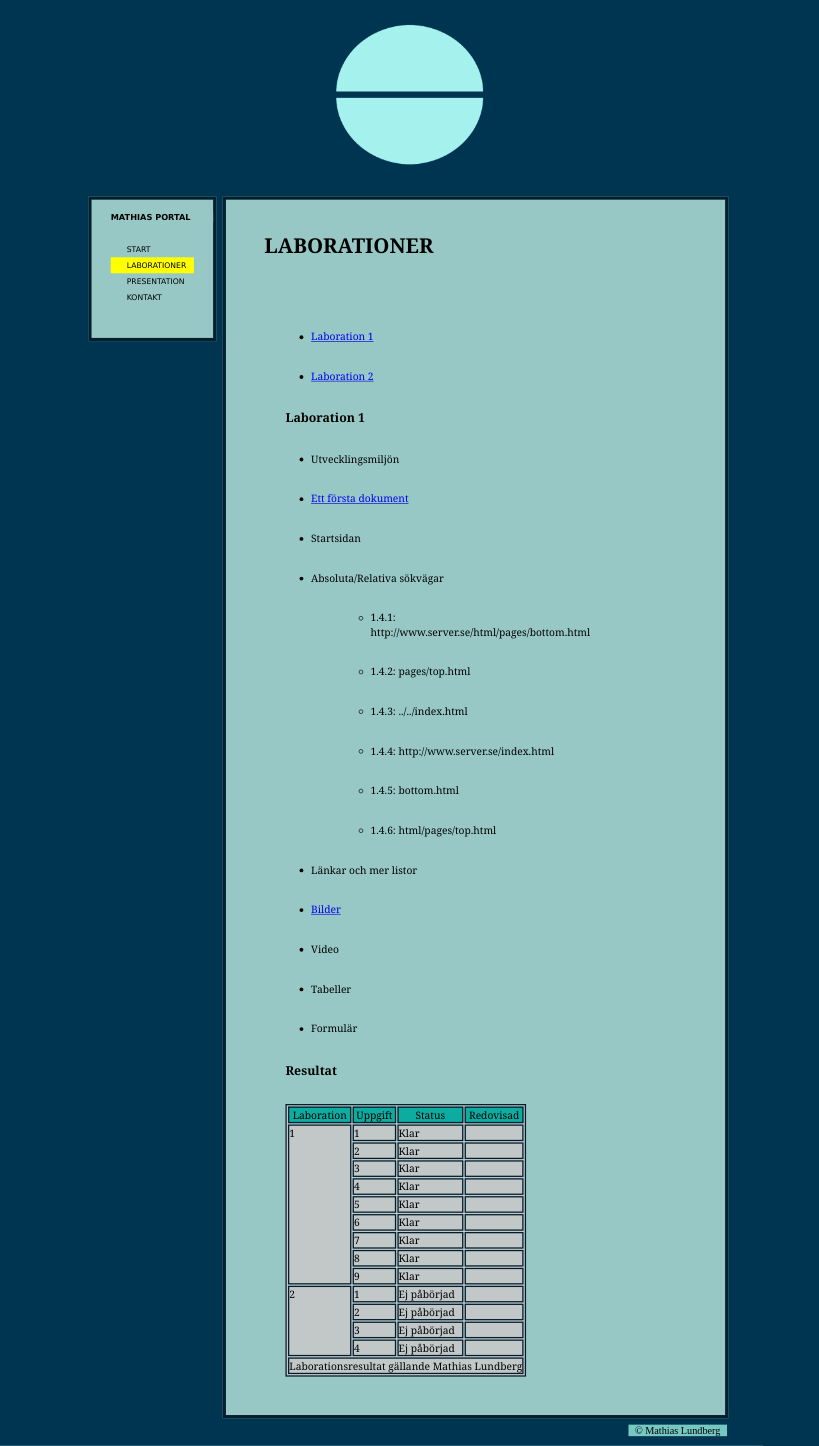
Repository: ml223nw/1ik415-laborationer
Page: pages/laborationer.html
The author's editor kept a record of every edit. The page is drawn from the files as they stood at one moment, then again after the next edit.
The browser window is 1280 px wide. The pictures show the whole page, at 64% of full size.

Above is the page before.

After the next edit:
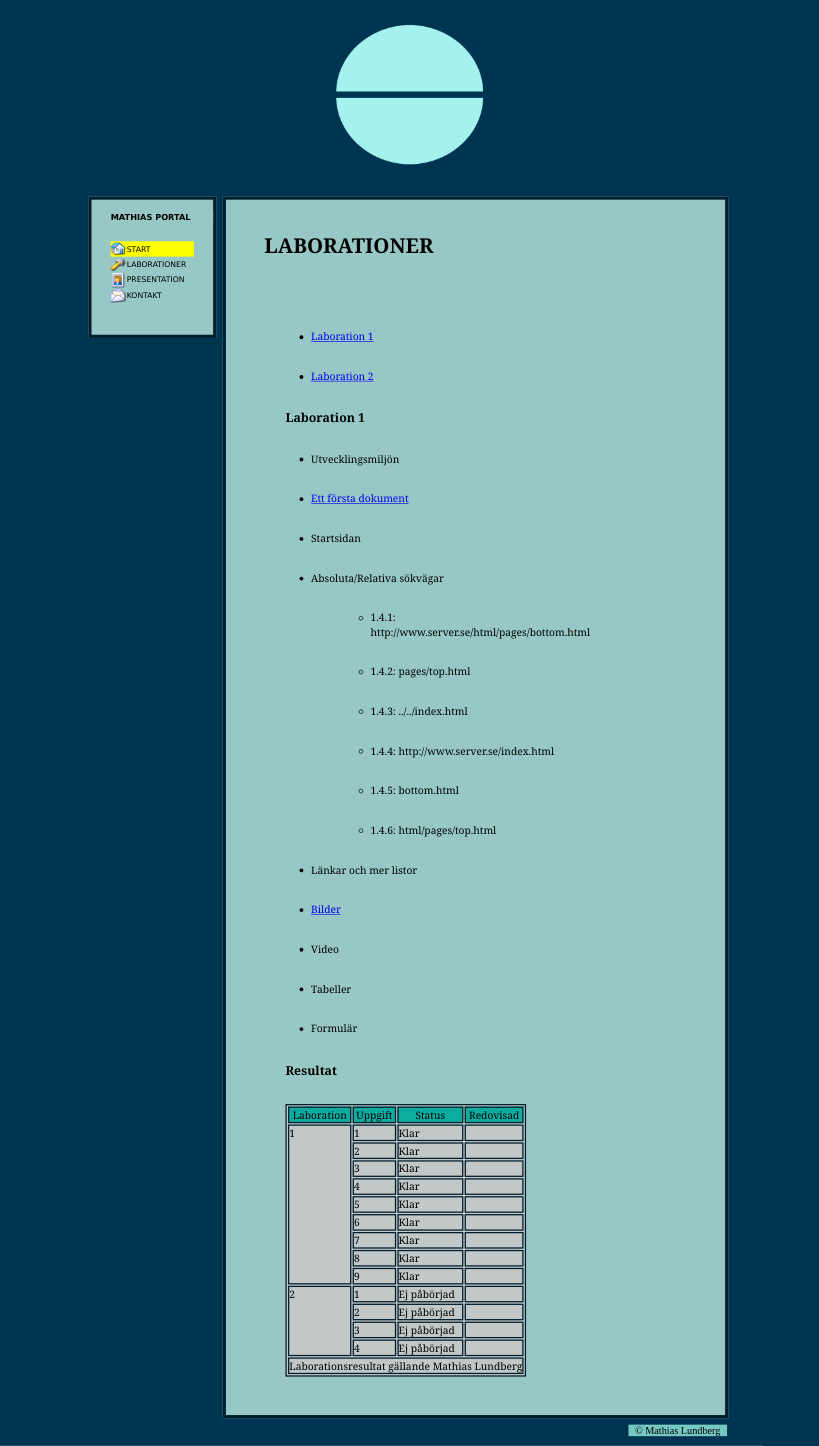
The edit:
--- a/pages/laborationer.html
+++ b/pages/laborationer.html
@@ -17,10 +17,10 @@
         <div id="mathiasportal" class="title">MATHIAS PORTAL</h1>
         </div>
               <ul>
-                  <li><a href="../index.html">Start</a></li>
-                  <li><a href="laborationer.html" class="active">Laborationer</a></li>
-                  <li><a href="presentation.html">Presentation</a></li>
-                  <li><a href="kontakt.html">Kontakt</a></li>
+                  <li><a href="index.html" class="active" id="home">Start</a></li>
+                  <li><a href="laborationer.html" id="lab">Laborationer</a></li>
+                  <li><a href="presentation.html" id="pres">Presentation</a></li>
+                  <li><a href="kontakt.html" id="kontakt">Kontakt</a></li>
               </ul>
 
         </div>
